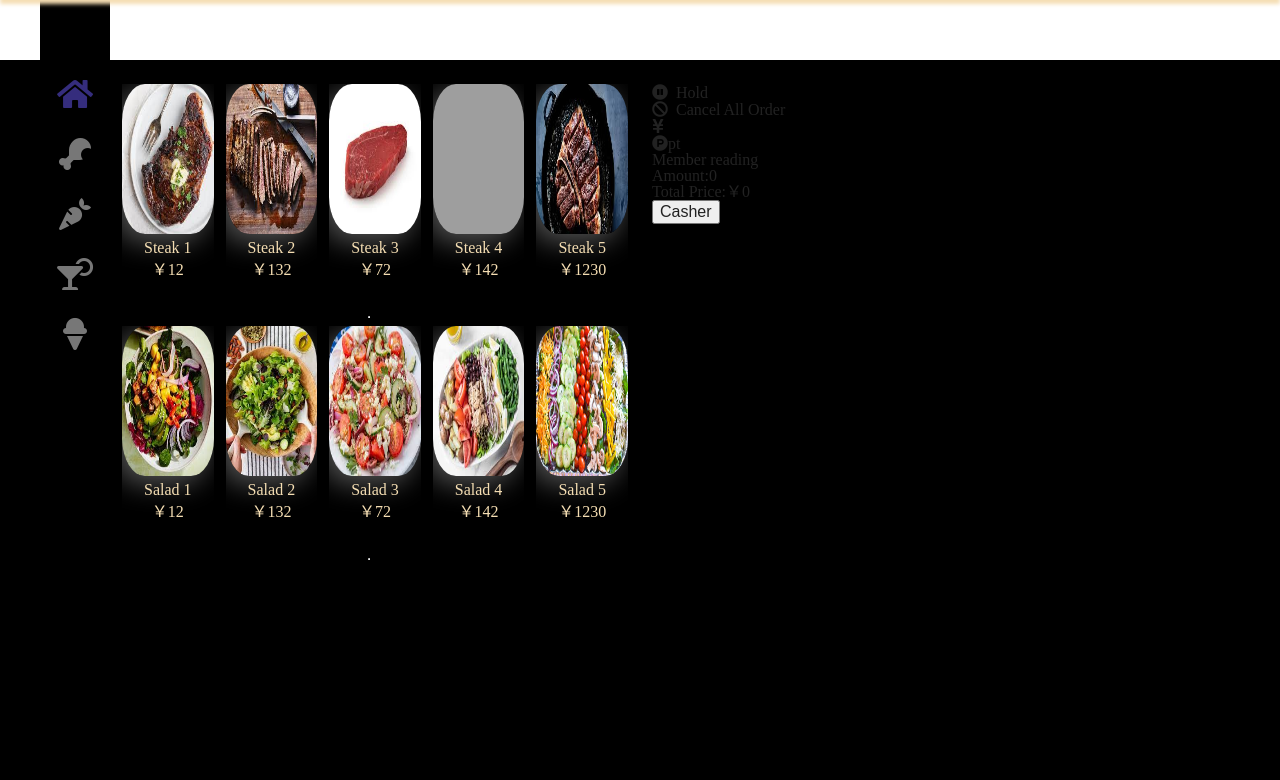
Repository: vuhungson158/Menu
Page: /
The author's editor kept a copy of each file at every save. The page is drawn from the files as they stood at one save, then again after the next save.
The browser window is 1280 px wide. The pictures show the whole page.
Pictures or frames that could not be fetched are drawn as grey boxes. The project was rebuilt for these pictures with package versions that can differ from the ones it lists, and the page was loaded fresh each time. Also part of the build but not shown: src/component/mainMenu/orderBlock/orderContent/OrderedItem.jsx, src/redux-store/actions/HoldActions.jsx, src/component/mainMenu/orderBlock/utilities/HoldItem.jsx.

Above is the page before, as saved 2021-08-22 09:49:48.

After the next save:
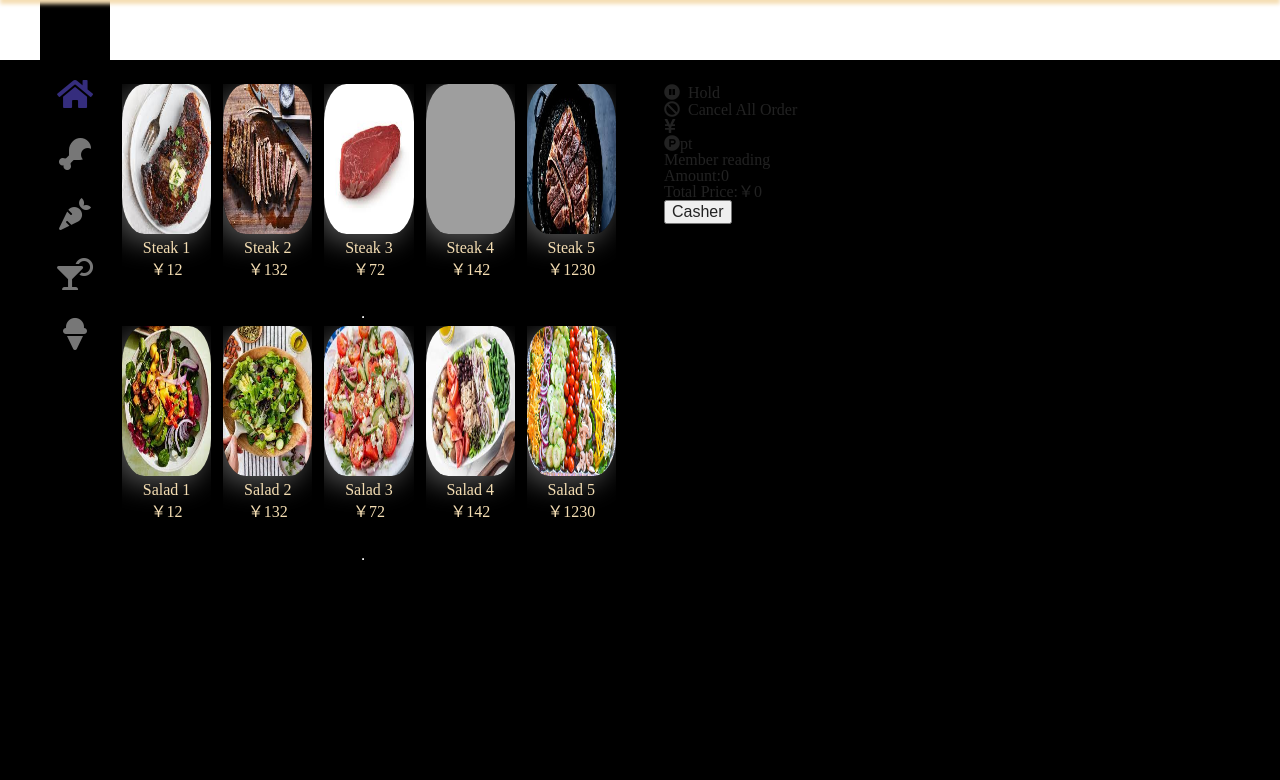
Saved 4 s later.
--- a/src/styles/App.scss
+++ b/src/styles/App.scss
@@ -146,7 +146,7 @@ body {
     .container {
         padding-top: 24px;
         .grid {
-            --margin_left: 24px;
+            --margin_left: 48px;
             display: flex;
             margin-left: calc(-1 * var(--margin_left));
             #center-menu,
